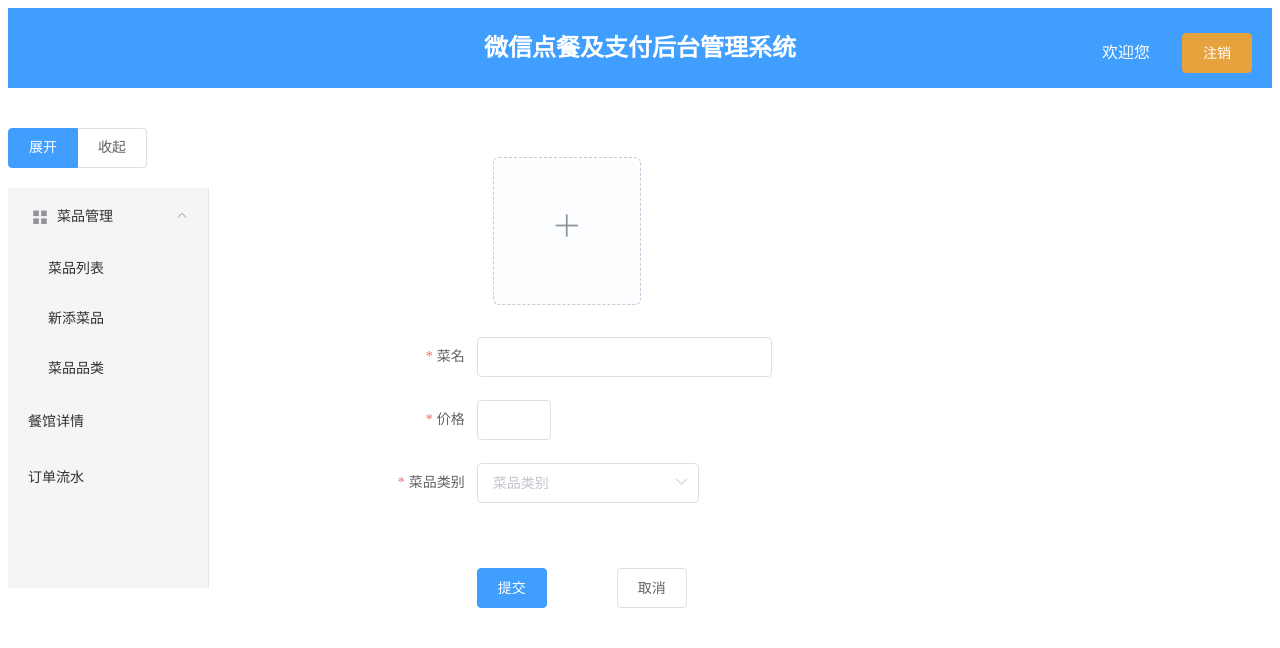
Repository: align-shi/order-web
Page: /pointpayment/hotelTable
These files come from the project's save history. The page is drawn as it stood at one moment and after the next save; the edit follows.
The browser window is 1280 px wide. The pictures show the whole page.
The page's requests for data from a server got no answer. The project was rebuilt for these pictures with package versions that can differ from the ones it lists, and the page was loaded fresh each time. No one was signed in, and anything a server would have sent is missing. Also part of the build but not shown: src/pages/login.vue.

Above is the page before, as saved 2020-03-11 10:07:23.

### index.html
<!DOCTYPE html>
<html>
  <head>
    <meta charset="utf-8">
    <meta name="viewport" content="width=device-width,initial-scale=1.0">
    <title>pointpayment_ele</title>
  </head>
  <body>
    <div id="app"></div>
    <!-- built files will be auto injected -->
  </body>
</html>

### src/App.vue
<template>
  <div id="app">
    <transition name="fade" mode="out-in">
			<router-view></router-view>
		</transition>
  </div>
</template>

<script>
export default {
  name: 'App'
}
</script>

<style>
  .header{
    background-color: #409EFF;
    color: white;
    text-align: center;
  }
</style>

### src/pages/main.vue
<template>
    <div>
        <el-container>
            <el-header class="header" height="80px">
                <headers></headers>
            </el-header>
            <el-main>
                <!-- <span v-if="!user" class="loginFont">
                        <el-button type="success"  @click="login">点击登录</el-button>
                </span>   -->
                <div class="centerContent">
                    <transition name="fade" mode="out-in">
						<router-view></router-view>
					</transition>
                </div>

            </el-main>

            <el-aside>
                    <navMenuVue></navMenuVue>
            </el-aside>

        </el-container>

    </div>
</template>

<script>

    import headers from '../components/header.vue';
    import navMenuVue from '../components/NavMenu.vue';

    export default {

        created:function(){

        },
        methods: {
            login () {
                this.$router.replace('/login')
            },
            logout () {
                this.$store.dispatch('logout').then(() => {
                    this.$router.replace('/login')
                })
            },
            dataPath(){
                this.$router.replace('/dataTable')
            },
            getStatus (urlStr) {
                var urlStrArr = urlStr.split('/')
                return urlStrArr[urlStrArr.length - 1]
            }
        },

        computed: {
            user () {
                return this.$store.state.user
            }
        },
        components: {
            headers,
            navMenuVue,
            key() {
                return this.$route.name !== undefined? this.$route.name +new Date(): this.$route +new Date()
            }
         },
         watch:{
            '$route' (to, from) {
                console.log(this.getStatus(this.$route.path))
             }
         }
    }
</script>
<style>

    .userContent{
        position: relative;
        top: -50px;
        float: right;
    }
    .centerContent{
        position: absolute;
        top: 19%;
        left:15%;
        width:80%;
    }
    .loginFont{
        top: 30%;
        position: absolute;
        left:46%;
    }
</style>

### src/components/createMenu.vue
<template>
    <div class="form">
          <el-upload
            class="upload"
            action=""
            list-type="picture-card"
            :on-preview="handlePictureCardPreview"
            :on-remove="handleRemove"
            :limit = 1
            :before-upload="UpladFile"
            >
            <!--  :on-change="saveFile"  :auto-upload="false"  :on-change="saveFile" :auto-upload="false" :before-upload="UpladFile" -->
            <i class="el-icon-plus"></i>
          </el-upload>
          <el-dialog :visible.sync="dialogVisible">
            <img width="100%" :src="dialogImageUrl" alt="">
          </el-dialog>

          <el-form :model="form" label-width="80px" :rules="formRules" ref="form">
            <el-form-item label="菜名" prop="dishes">
              <el-input v-model="form.dishes" auto-complete="off" style="width:40%"></el-input>
            </el-form-item>

            <el-form-item label="价格" prop="price">
              <el-input v-model="form.price" auto-complete="off" style="width:10%"></el-input>
            </el-form-item>

            <el-form-item label="菜品类别" prop="typeId">
              <el-select clearable  v-model="form.typeId" placeholder="菜品类别" autocomplete="off"
                      style="width: 30%">
              <el-option v-for="item in typeList" :key="item.id" :label="item.typeName"
                        :value="item.id"></el-option>
              </el-select>
            </el-form-item>
          </el-form>

        <div class="buttons">
            <el-button type="primary" @click.native="submit" :loading="submitLoading">提交</el-button>
            <el-button @click.native="clean" style="margin-left:5em;">取消</el-button>
        </div>

    </div>
</template>
<script>
    export default {

        data(){
            return{
                file:{},
                dialogVisible:false,
                dialogImageUrl:'',
                fileList:[],        //文件列表
                typeList:[],        //菜品类别表
                form: {             //提交表单
                  dishes:'',
                  price:'',
                  picture:'',
                  typeId:'',
                },
                submitLoading:false,
                uploadingFile:false,
                //表单验证
                formRules: {
                  dishes: [
                    { required: true, message: '请输入菜名', trigger: 'blur' },
                  ],
                  price: [
                    { required: true, message: '请输入价格', trigger: 'blur' },
                  ],
                  typeId:[
                    { required: true, message: '请输入菜品类别', trigger: 'blur' },
                  ],
                },
            }
        },
        created:function(){
            this.getTypeList()
        },
        methods: {
            // saveFile(file){
            //     this.file  = file.raw;
            //     this.fileList = [...this.fileList, this.file];
            // },
            submit(){
                this.$refs.form.validate((valid) => {
					if (valid) {
						this.$confirm('确认提交吗？', '提示', {}).then(() => {
                        this.submitLoading = true;
                        let para = Object.assign({}, this.form);
							// para.publishingDate = (!para.publishingDate || para.publishingDate == '') ? '':util.formatDate.format(new Date(para.publishingDate), 'yyyy-MM-dd');
                            this.submitMenu(para);
						});
					}
				});
            },
            submitMenu:function(para){
                // alert(JSON.stringify(para));
                this.$axios.post('/menu/insert',para).then((res) => {
                    if(res.data!=null){
                        this.$message.success('提交成功');
                    }
                    this.$refs['form'].resetFields();
                    this.editLoading = false;

                }).catch(function(error){
                        console.log(error);
                })
            },
            getTypeList(){
                this.$axios.post('/type/list').then((res) =>{
                this.typeList = res.data;
                })
            },
            handleRemove(file, fileList) {
                console.log(file, fileList);
            },
            handlePictureCardPreview(file) {
                this.dialogImageUrl = file.url;
                this.dialogVisible = true;
            },
            a(){

            },
            UpladFile(file){

                this.fileList = [...this.fileList,file];
                const formData = new FormData();
                var list = this.fileList;
                var that = this;
                list.forEach((file) => {
                    console.log(file);
                    formData.append('files',file);
                });

                formData.append('path','pic');
                this.$axios.post('/file/uploadFile',formData).then((res) => {
                    if(res.data!=null){
                        this.fileList= [];
                        this.form.picture = res.data[0];

                    }
                }).catch(function(error){
                    this.uploadingFile = false;
                })
                this.uploadingFile = false;
            }
        },
        computed: {

        }
    }
</script>
<style>
    .upload{
      margin-left: 6em;
      margin-bottom: 2em;
    }

    .form{
        margin-top:2%;
        margin-left:20%;
    }

    .buttons{
        margin-top:4em;
        margin-left:5em;
    }
</style>

### src/components/orderTable.vue
<template>
    <div>
        <div style="margin-bottom: 1em;">
            <el-col :span="2">
                <el-input v-model="order.tablenumber"  placeholder="请输入桌号名"></el-input>
            </el-col>

            <el-col :span="5" :offset="1">
                <el-input v-model="order.wxaccount"  placeholder="顾客微信名" ></el-input>
            </el-col>
            <el-button @click="search" icon="el-icon-search">搜索</el-button>
        </div>


        <el-table ref="multipleTable" :data="tableData.slice((currentPage-1)*pageSize,currentPage*pageSize)" border style="width: 100%"
            @selection-change="handleSelectionChange" :cell-style="cellStyle" :header-cell-style="rowClass">


            <el-table-column type="expand">
                <template slot-scope="props">
                    <el-form label-position="left" inline class="demo-table-expand">
                        <div>
                            <el-card class="box-card" shadow="hover" v-for="(item,i) in props.row.carts" :key="i"
                                style="float:left;margin-left:1em;margin-bottom:.5em;background-color:#F5F5F5">
                                菜品 : {{item.dishes}}   &#12288;&#12288;单价 : {{item.price}}    &#12288;&#12288;数量 : {{item.quantity}}
                            </el-card>
                        </div>

                    </el-form>
                </template>
            </el-table-column>

            <el-table-column prop="openId" label="用户标识" show-overflow-tooltip width="140"></el-table-column>
            <el-table-column prop="wxaccount" label="顾客微信名" align="center"></el-table-column>
            <el-table-column prop="tablenumber" label="桌号" show-overflow-tooltip width="200"></el-table-column>
            <el-table-column prop="money" label="总额(元)" width="100"></el-table-column>

            <el-table-column label="操作">
            <template slot-scope="scope">
                <el-button type="warning" plain @click="handleChangeStatus(scope.$index, scope.row)" v-show="scope.row.status == 1">
                  请求处理    <i class="el-icon-loading"></i>
                </el-button>
                <div v-show="scope.row.status == 2"> 已处理&#12288;<i class="el-icon-check"></i></div>
                <!-- <i class="el-icon-check" v-show="scope.row.status == 2"></i> -->
            </template>
          </el-table-column>
        </el-table>

        <el-pagination background
            @size-change="handleSizeChange"
            @current-change="handleCurrentChange"
            :current-page="currentPage"
            :page-sizes="[5,10,50, 100]"
            :page-size="pageSize"
            layout="total, sizes, prev, pager, next, jumper"
            :total="total">
        </el-pagination>
    </div>
</template>

<script>
export default {
    data(){
        return {

                total:5,
                currentPage: 1,
　　　　　　　　　pageSize: 5,

                msg:"",//记录每一条的信息，便于取id

                tableData: [],
                multipleSelection: [],
                order:{
                    tablenumber:null,
                    wxaccount:''
                }

        }
    },

    created: function(){
      this.getPackData();
    },

    mounted() {
			this.getPackData();
    },
    methods: {

      getPackData() {

        this.$axios({
            method: 'post',
            url: '/order/getListBy',
            data:{}
        }).then((res) => {
            this.tableData = res.data;
            this.total=this.tableData.length;
            // alert(JSON.stringify(res.data));
        }).catch(function(error){
            console.log(error);
        })

      },
      search(){
        this.$axios({
            method: 'post',
            url: '/order/getListBy',
            data:this.order
        }).then((res) => {
            this.tableData = res.data;
            this.total=this.tableData.length;
            // alert(JSON.stringify(res.data));
        }).catch(function(error){
            console.log(error);
        })
      },
      toggleSelection(rows) {
          if (rows) {
              rows.forEach(function(row)  {
                  this.$refs.multipleTable.toggleRowSelection(row);
              });
          } else {
              this.$refs.multipleTable.clearSelection();
          }
      },
      handleSelectionChange(val) {
          this.multipleSelection = val;
      },
      callbackFunction(result) {
                alert(result + "aaa");
            },
      handleSizeChange(val){
        this.pageSize = val;
        this.currentPage = 1;
        // this.fetchData(1, val);
        // console.log(`每页 ${val} 条`);
      },
      handleCurrentChange(val){
        this.currentPage = val;
        // this.fetchData(val, this.pageSize);
        // console.log(`当前页: ${val}`);
      },
      cellStyle({row,column,rowIndex,columnIndex}){
        return "text-align:center;"
      },
      rowClass({row,rowIndex}){
        return "text-align:center;"
      },

      handleChangeStatus:function(index,row){

        this.$axios({
            method: 'post',
            url: '/order/handleOrder',
            params:{id:row.id}
        }).then((res) =>{
          if(res.data == true){
            this.$message.success('处理成功');
          }
          row.status = 2;
        }).catch(function(error){
          console.log(error)
          that.$message.error('处理失败')
        })

      }

    }

}
</script>
<style>
    .el-table th {
        text-align: center;
    }

    /* .el-table tbody tr td:first-child {
        text-align: center;
    } */
    .upload{
      margin-left: 6em;
      margin-bottom: 2em;
    }
</style>

### src/components/hotelTable.vue
<template>
    <div class="form">
        <el-upload
            class="upload"
            action=""
            list-type="picture-card"
            :on-preview="handlePictureCardPreview"
            :on-remove="handleRemove"
            :limit = 1
            :before-upload="UpladFile"
            >
            <!--  :on-change="saveFile"  :auto-upload="false"  :on-change="saveFile" :auto-upload="false" :before-upload="UpladFile" -->
            <i class="el-icon-plus"></i>
          </el-upload>
          <el-dialog :visible.sync="dialogVisible">
            <img width="100%" :src="dialogImageUrl" alt="">
          </el-dialog>

          <el-form :model="form" label-width="80px" :rules="formRules" ref="form">
            <el-form-item label="菜名" prop="dishes">
              <el-input v-model="form.dishes" auto-complete="off" style="width:40%"></el-input>
            </el-form-item>

            <el-form-item label="价格" prop="price">
              <el-input v-model="form.price" auto-complete="off" style="width:10%"></el-input>
            </el-form-item>

            <el-form-item label="菜品类别" prop="typeId">
              <el-select clearable  v-model="form.typeId" placeholder="菜品类别" autocomplete="off"
                      style="width: 30%">
              <el-option v-for="item in typeList" :key="item.id" :label="item.typeName"
                        :value="item.id"></el-option>
              </el-select>
            </el-form-item>
          </el-form>

        <div class="buttons">
            <el-button type="primary" @click.native="submit" :loading="submitLoading">提交</el-button>
            <el-button @click.native="clean" style="margin-left:5em;">取消</el-button>
        </div>
    </div>
</template>
<script>
    export default {

        data(){
            return{
                file:{},
                dialogVisible:false,
                dialogImageUrl:'',
                fileList:[],        //文件列表
                typeList:[],        //菜品类别表
                form: {             //提交表单
                  dishes:'',
                  price:'',
                  picture:'',
                  typeId:'',
                },
                submitLoading:false,
                uploadingFile:false,
                //表单验证
                formRules: {
                  dishes: [
                    { required: true, message: '请输入菜名', trigger: 'blur' },
                  ],
                  price: [
                    { required: true, message: '请输入价格', trigger: 'blur' },
                  ],
                  typeId:[
                    { required: true, message: '请输入菜品类别', trigger: 'blur' },
                  ],
                },
            }
        },
        created:function(){
            this.getTypeList()
        },
        methods: {
            // saveFile(file){
            //     this.file  = file.raw;
            //     this.fileList = [...this.fileList, this.file];
            // },
            submit(){
                this.$refs.form.validate((valid) => {
					if (valid) {
						this.$confirm('确认提交吗？', '提示', {}).then(() => {
                        this.submitLoading = true;
                        let para = Object.assign({}, this.form);
							// para.publishingDate = (!para.publishingDate || para.publishingDate == '') ? '':util.formatDate.format(new Date(para.publishingDate), 'yyyy-MM-dd');
                            this.submitMenu(para);
						});
					}
				});
            },
            submitMenu:function(para){
                // alert(JSON.stringify(para));
                this.$axios.post('/menu/insert',para).then((res) => {
                    if(res.data!=null){
                        this.$message.success('提交成功');
                    }
                    this.$refs['form'].resetFields();
                    this.editLoading = false;

                }).catch(function(error){
                        console.log(error);
                })
            },
            getTypeList(){
                this.$axios.post('/type/list').then((res) =>{
                this.typeList = res.data;
                })
            },
            handleRemove(file, fileList) {
                console.log(file, fileList);
            },
            handlePictureCardPreview(file) {
                this.dialogImageUrl = file.url;
                this.dialogVisible = true;
            },
            a(){

            },
            UpladFile(file){

                this.fileList = [...this.fileList,file];
                const formData = new FormData();
                var list = this.fileList;
                var that = this;
                list.forEach((file) => {
                    console.log(file);
                    formData.append('files',file);
                });

                formData.append('path','pic');
                this.$axios.post('/file/uploadFile',formData).then((res) => {
                    if(res.data!=null){
                        this.fileList= [];
                        this.form.picture = res.data[0];

                    }
                }).catch(function(error){
                    this.uploadingFile = false;
                })
                this.uploadingFile = false;
            }
        },
        computed: {

        }
    }
</script>
<style>
    .upload{
      margin-left: 6em;
      margin-bottom: 2em;
    }

    .form{
        margin-top:2%;
        margin-left:20%;
    }

    .buttons{
        margin-top:4em;
        margin-left:5em;
    }
</style>

### src/components/header.vue
<template>
    <div id="header">
        <h2>微信点餐及支付后台管理系统</h2>
        <div class="userContent">
            <span>
                <label>欢迎您</label>&nbsp;&nbsp;&nbsp;{{this.username}}&nbsp;&nbsp;&nbsp;&nbsp;
                <el-button type="warning"  @click="login" style="">注销</el-button>
            </span>
        </div>
    </div>
</template>

<script>
    export default {

        data(){
            return{
                username:''
            }
        },
        created:function(){
            this.username=this.getUserName();
        },
        methods: {
            login () {
                this.$router.replace('/login')
            },
            logout () {
                this.$store.dispatch('logout').then(() => {
                    this.$router.replace('/login')
                })
            },
            dataPath(){
                this.$router.replace('/dataTable')
            },
            getUserName(){
                if (document.cookie.length > 0) {
                    var arr = document.cookie.split('; '); //这里显示的格式需要切割一下自己可输出看下
                    for (var i = 0; i < arr.length; i++) {
                        var arr2 = arr[i].split('='); //再次切割
                        if (arr2[0] == 'userName') {
                            return arr2[1];
                        }
                    }
                }
            }
        },
        computed: {
            user () {
                return this.$store.state.user
            }
        }
    }
</script>
<style>
    .userContent{
        position: relative;
        top: -40px;
        float: right;
    }
</style>

### src/components/NavMenu.vue
<template>
    <div id="navMenu">
        <el-radio-group v-model="isCollapse" style="margin-bottom: 20px;">
            <el-radio-button :label="false">展开</el-radio-button>
            <el-radio-button :label="true">收起</el-radio-button>
        </el-radio-group>

         <el-menu default-active="1" class="el-menu-vertical-demo"
            @open="handleOpen" @close="handleClose" :collapse="isCollapse" @select="handleSelect" :router="true"
            background-color="#F5F5F5">

            <el-submenu v-for="(item,i) in navList" :key="'1'+i" v-show="item.second" :index="item.name">
                <template slot="title">
                    <i class="el-icon-menu"></i>
                    <span>{{ item.navItem}}</span>
                </template>
                <el-menu-item v-for="(sec,j) in item.second" :key="j" :index="sec.name">{{sec.navItem}}</el-menu-item>
            </el-submenu>

            <el-menu-item v-for="(item,i) in navList" :key="i" v-show="!item.second" :index="item.name">
            {{ item.navItem }}
            </el-menu-item>


        </el-menu>
    </div>
</template>

<script>
    export default {
        data() {
            return {
                isCollapse: false,
                navList:[
                    {name:'/hotelTable',navItem:'餐馆详情'},
                    {name:'/orderTable',navItem:'订单流水'},
                    {name:'1',navItem:'菜品管理',
                        second:[{name:'/menuTable',navItem:'菜品列表'},
                                {name:'/createMenu',navItem:'新添菜品'},
                                {name:'/typeTable',navItem:'菜品品类'}]},
                ]
            };
        },
        created:function(){

        },
        methods: {
            handleOpen(key, keyPath) {
                // console.log(key, keyPath);
            },
            handleClose(key, keyPath) {
                // console.log(key, keyPath);
            },
            handleSelect(key, keyPath) {
                // console.log(key, keyPath);
                this.$router.push(key);
            }
        }
  }
</script>
<style>
    .el-menu-vertical-demo:not(.el-menu--collapse) {
        width: 200px;
        min-height: 400px;
    }
</style>

Loaded but not shown: src/router/index.js (45 lines, source omitted); src/main.js (27 lines, source omitted); src/components/menuTable.vue (352 lines, source omitted); src/components/typeTable.vue (306 lines, source omitted)

After the next save:
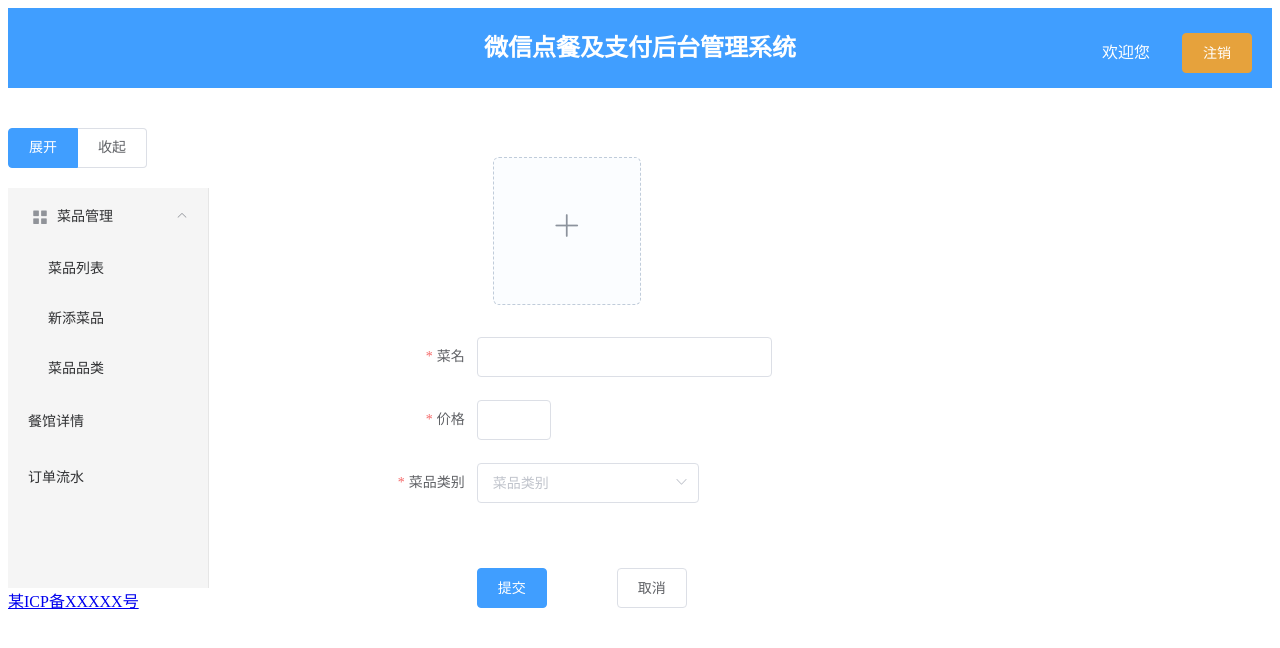
Saved 11 min 0 s later.
--- a/index.html
+++ b/index.html
@@ -9,4 +9,5 @@
     <div id="app"></div>
     <!-- built files will be auto injected -->
   </body>
+  <a href="http://www.beian.miit.gov.cn" target="_blank"> 某ICP备XXXXX号</a>
 </html>
